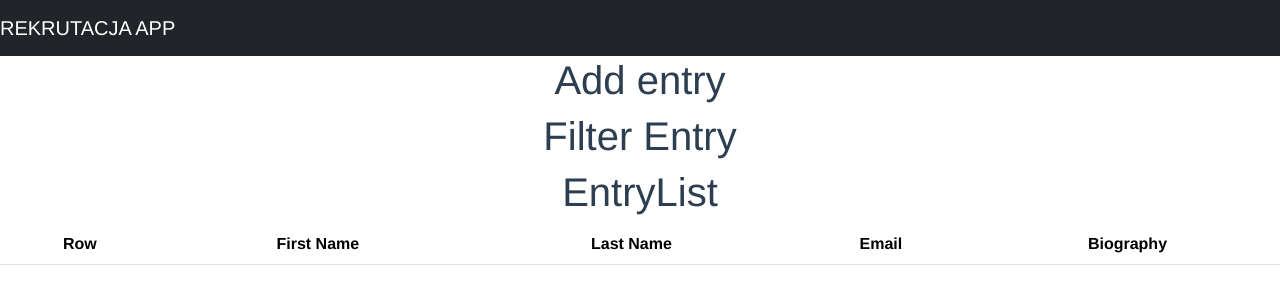
Repository: Madaless/vue_elastic
Page: / (app in vuejsapp/crudapp/)
The author's editor kept a copy of each file at every save. The page is drawn from the files as they stood at one save, then again after the next save.
The browser window is 1280 px wide. The pictures show the whole page.
The page's requests for data from a server got no answer. The project was rebuilt for these pictures with package versions that can differ from the ones it lists, and the page was loaded fresh each time. No one was signed in, and anything a server would have sent is missing.

Above is the page before, as saved 2021-09-12 11:41:34.

After the next save:
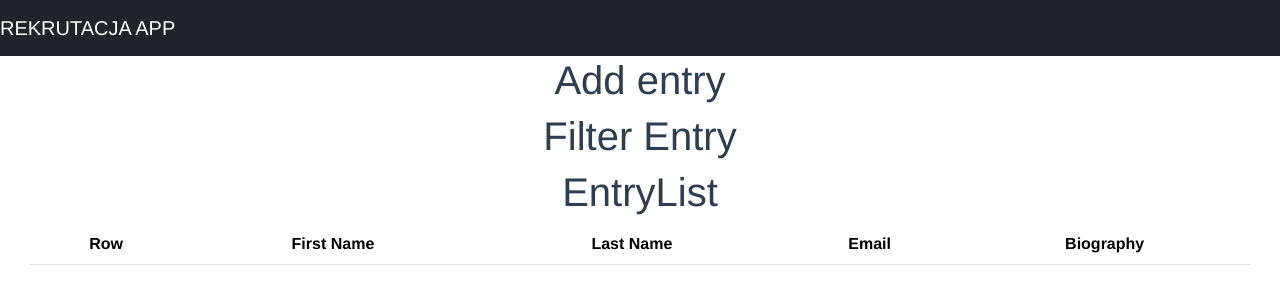
Saved 26 s later.
--- a/vuejsapp/crudapp/src/components/EntryList.vue
+++ b/vuejsapp/crudapp/src/components/EntryList.vue
@@ -1,5 +1,5 @@
 <template>
-  <div>
+  <div id = "entryList">
     <h1>EntryList</h1>
 
     <div class="todos">
